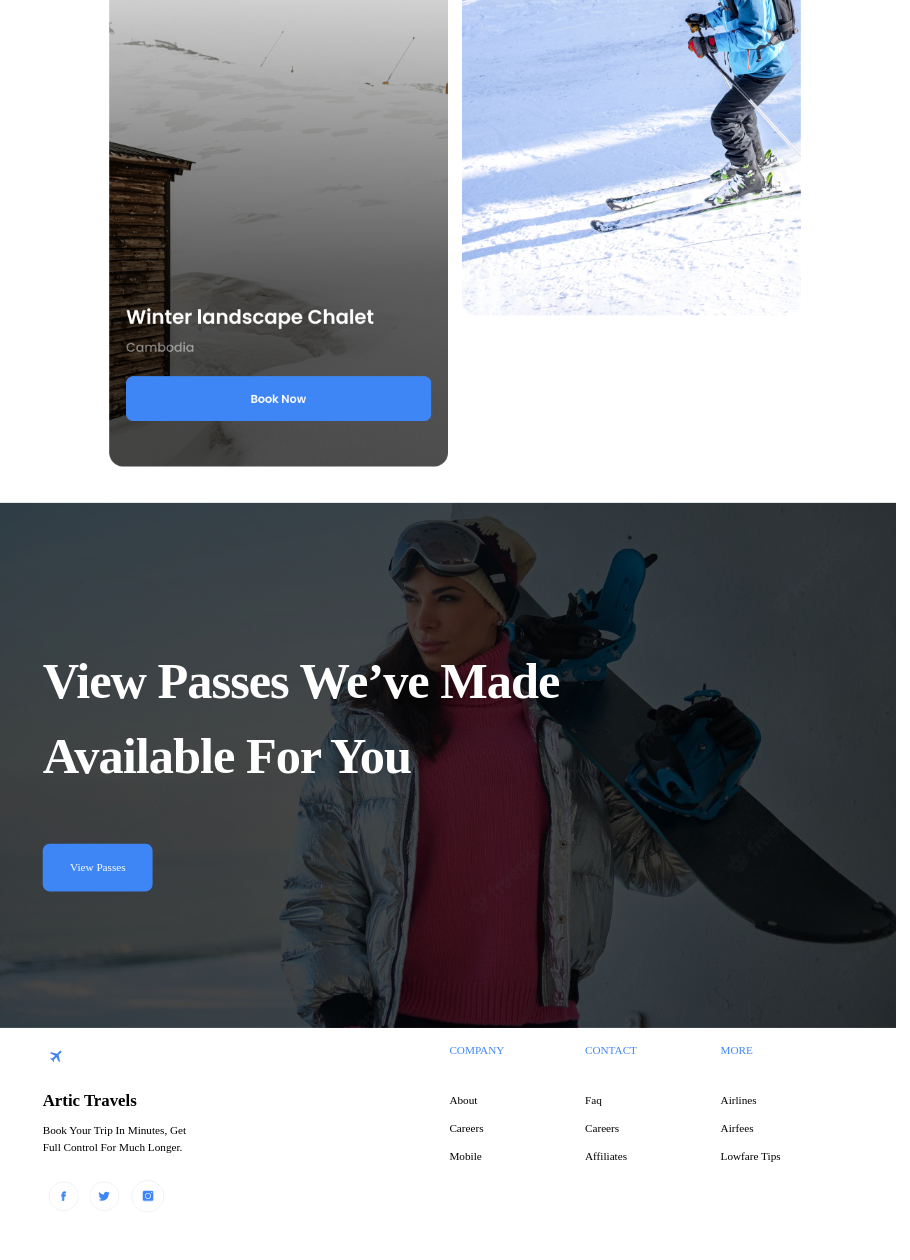
Repository: swissjake/arctic-travel-agency
Page: /
These files come from the project's save history. The page is drawn as it stood at one moment and after the next save; the edit follows.
The browser window is 1280 px wide. The page is 1300 px wide, so the pictures cover 1300 px, including what lies to the right of the window. The pictures show the part of the page from y = 3809 to 5689 px (the page is 5609 px tall before and 5689 px after), at 70% of full size.
The project was rebuilt for these pictures with package versions that can differ from the ones it lists, and the page was loaded fresh each time. Also part of the build but not shown: src/App.css.

Above is the page before, as saved 2022-05-04 13:09:09.

After the next save:
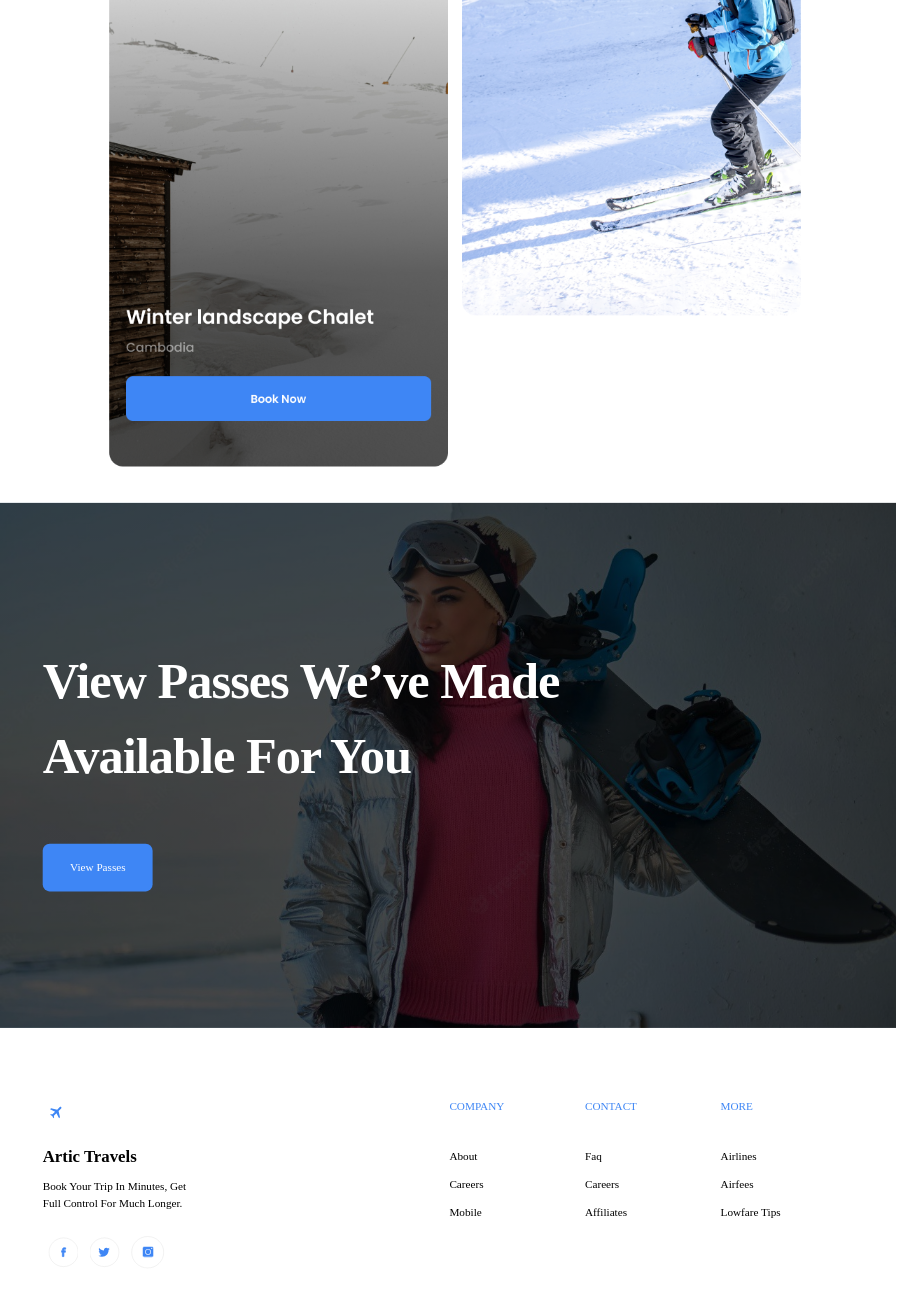
Saved 4 s later.
--- a/src/components/Footer/Footer.tsx
+++ b/src/components/Footer/Footer.tsx
@@ -16,7 +16,7 @@ const more=["airlines","airfees","lowfare tips"]
 
 const Footer = () => {
   return (
-      <footer className='pt-[]'>
+      <footer className='pt-[5rem]'>
          <div className="container p-[20px] md:pl-[61px] md:pr-[57px]">
             <div className="sm:flex justify-between">
 
